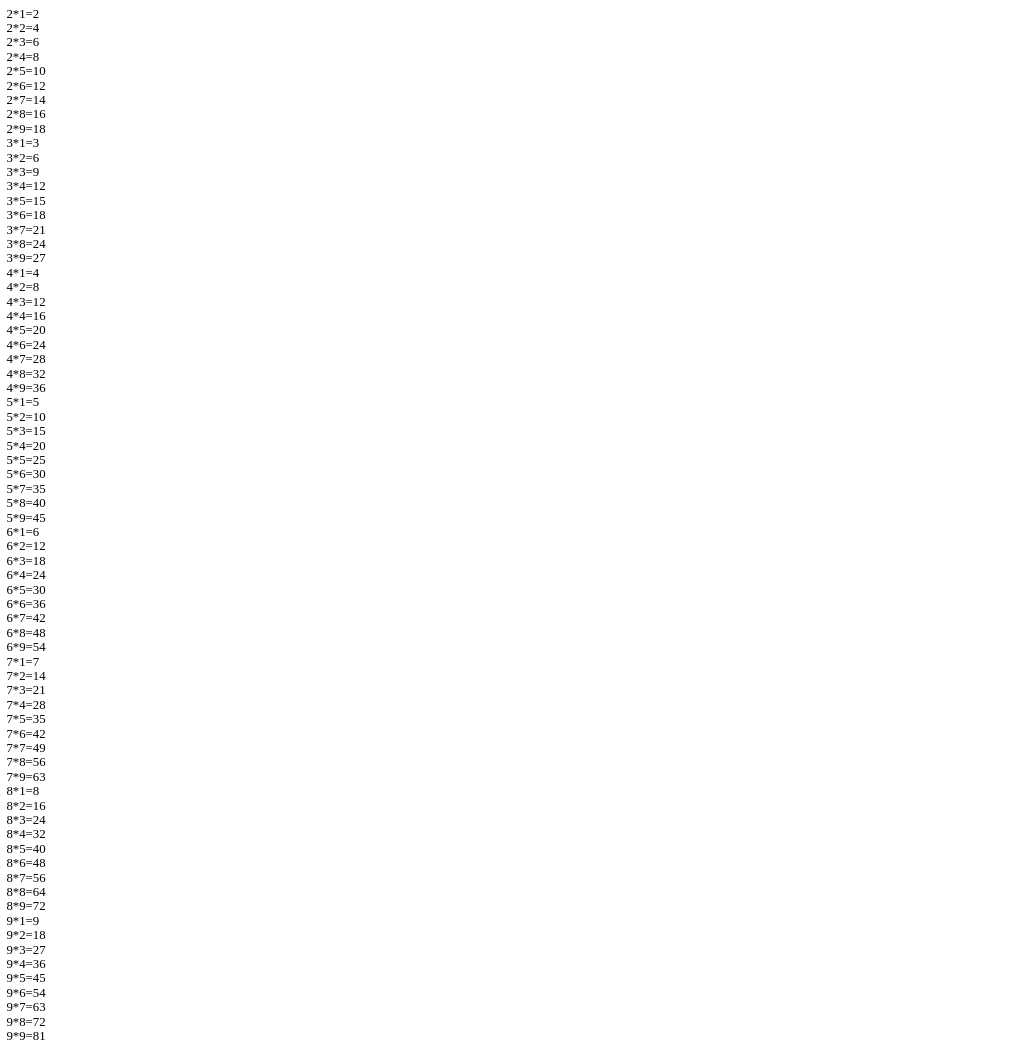
Repository: hrk09/JSPServlet
Page: http://localhost/edu/exam4.jsp
The author's editor kept a copy of each file at every save. The page is drawn from the files as they stood at one save, then again after the next save.
The browser window is 1280 px wide. The pictures show the whole page, at 80% of full size.
The page is served by Tomcat 9. Nobody is signed in. The application's start-up code is not run. Other server files are loaded and not shown.

Above is the page before, as saved 2022-06-30 04:38:58.

### edu/WebContent/exam4.jsp
<%@ page language="java" contentType="text/html; charset=UTF-8"
    pageEncoding="UTF-8"%>


<%
	for(int i=2;i<10;i++){
		for (int j=1;j<10;j++){
			out.print(i + "*" + j + "=" + (i*j)); %> <br>
<%
		}
	}
%>

After the next save:
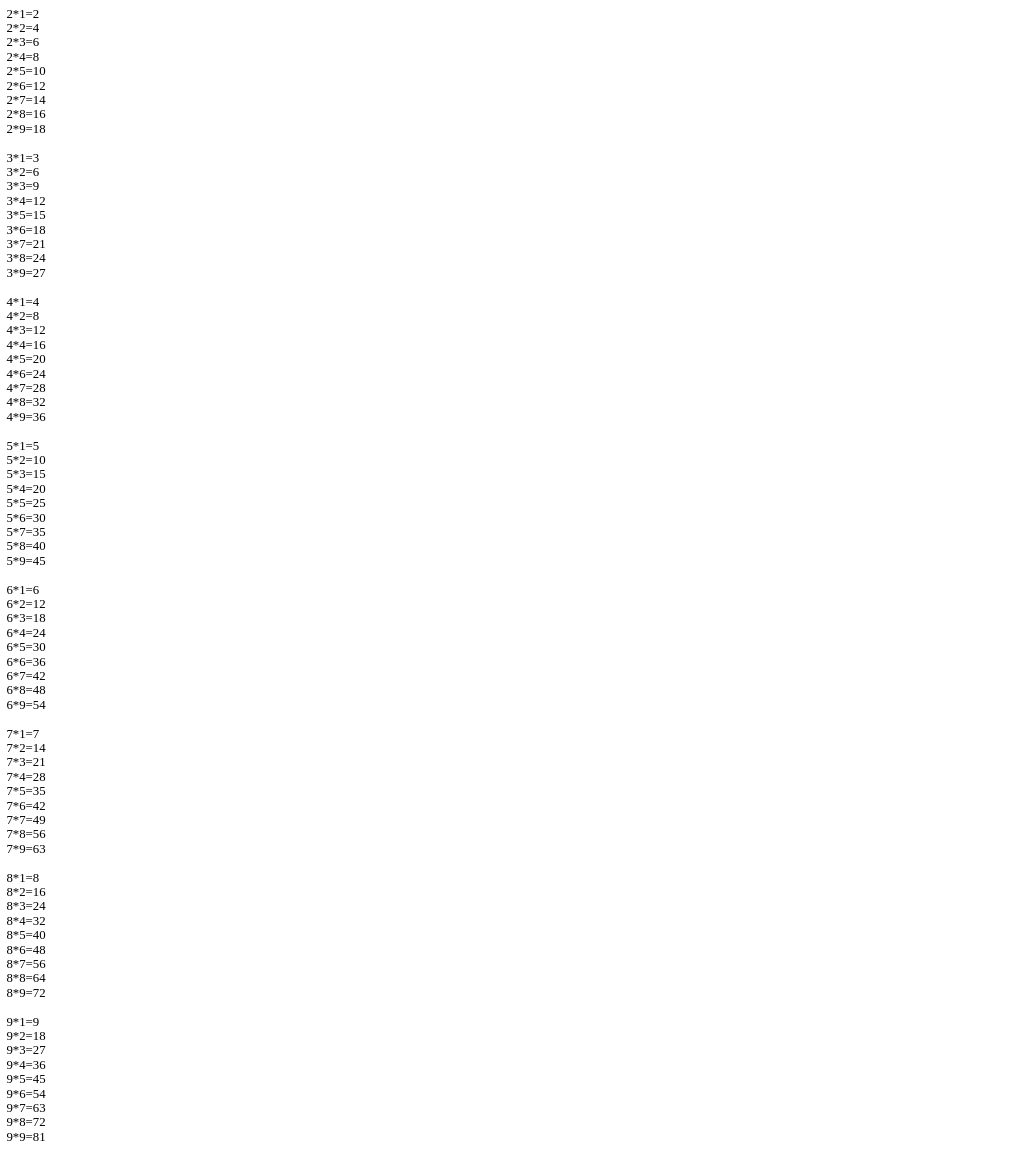
Saved 35 s later.
--- a/edu/WebContent/exam4.jsp
+++ b/edu/WebContent/exam4.jsp
@@ -7,6 +7,7 @@
 		for (int j=1;j<10;j++){
 			out.print(i + "*" + j + "=" + (i*j)); %> <br>
 <%
-		}
+		} %> <br>
+<%
 	}
 %>
